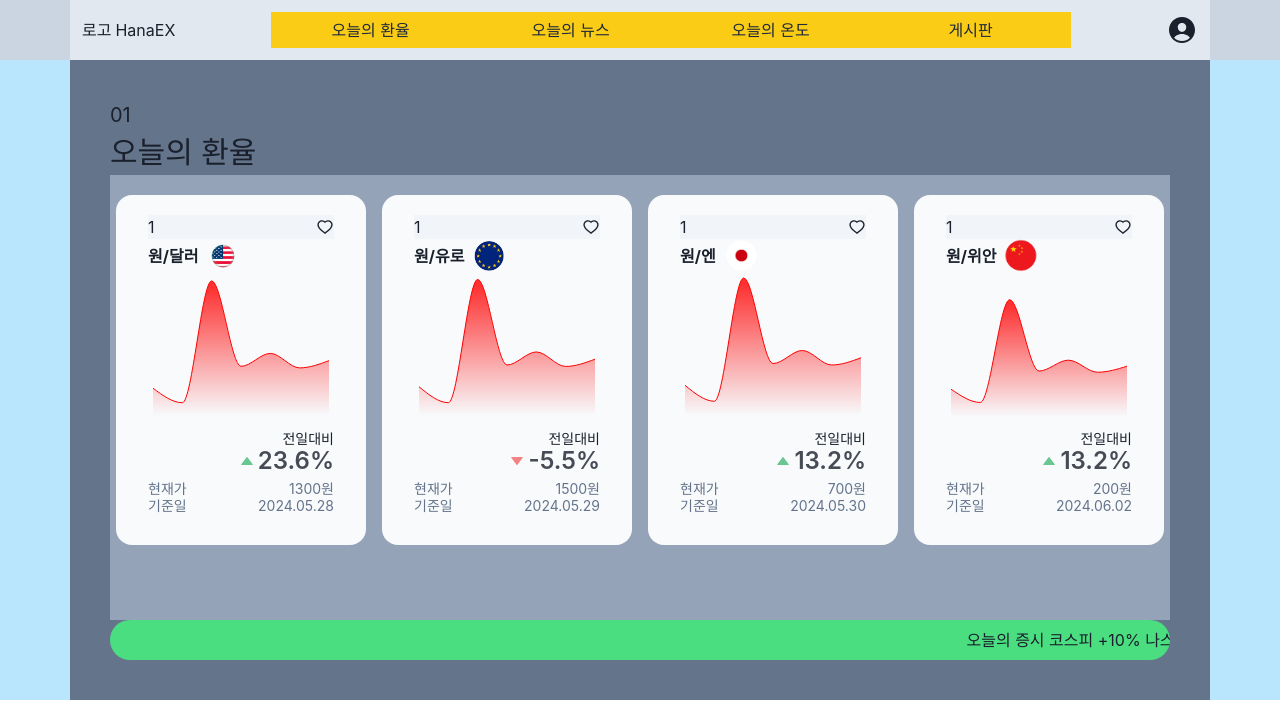
Repository: HANAEX/FRONT
Page: /
These files come from the project's save history. The page is drawn as it stood at one moment and after the next save; the edit follows.
The browser window is 1280 px wide. The pictures show the whole page.
The project was rebuilt for these pictures with package versions that can differ from the ones it lists, and the page was loaded fresh each time. Also part of the build but not shown: src/pages/LoginPage.js, src/pages/MyPage.js, src/components/Toggle.js, src/components/SementicCard.js, src/pages/SemanticPage.js, src/components/NewsCard.js, src/pages/NewsPage.js, src/components/CloudChart.js and 6 more.

Above is the page before, as saved 2024-08-13 19:35:02.

After the next save:
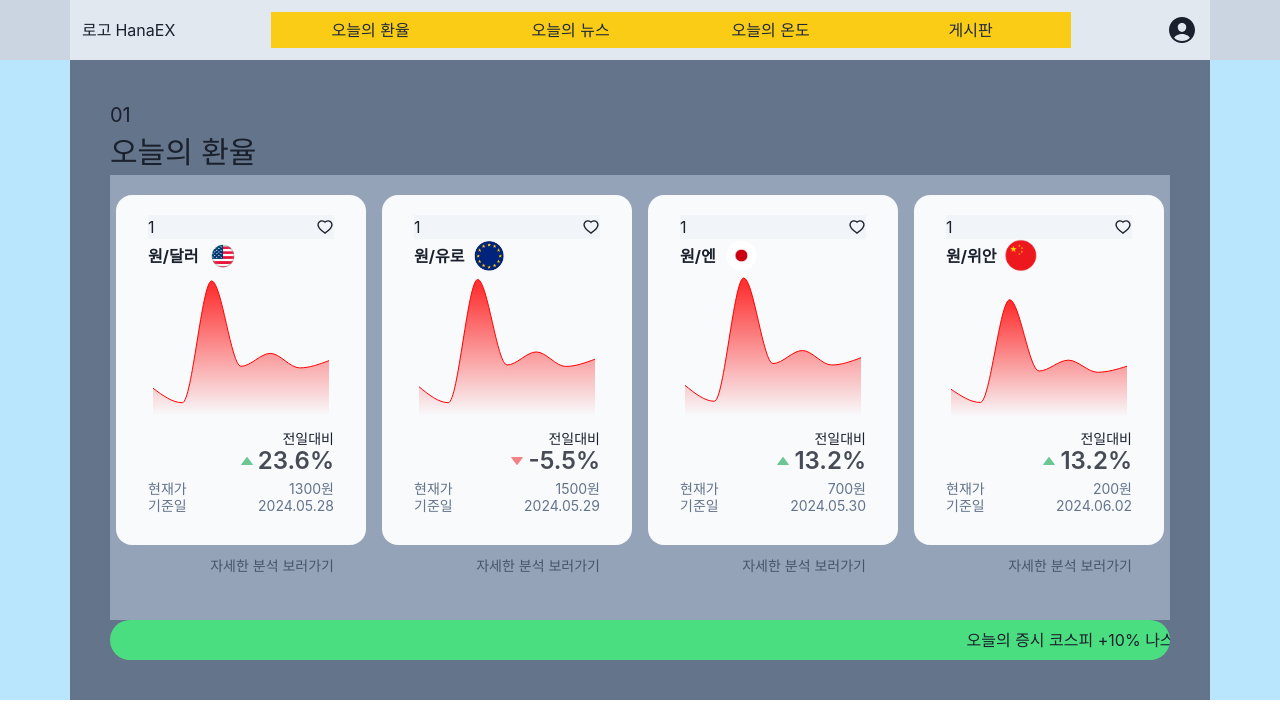
Saved 10 min 6 s later.
--- a/src/components/ChartCard.js
+++ b/src/components/ChartCard.js
@@ -21,7 +21,7 @@ const ChartCard = ({ name, increase, imageUrl, currentPrice, date, chartData })
     setHeart(!heart)
   }
   return (
-    <Link to={"/MainPageDetail"} name="card-container" className='w-[250px] h-[350px] px-8 py-5 bg-slate-50 rounded-2xl'>
+    <div to={"/MainPageDetail"} name="card-container" className='w-[250px] h-[350px] px-8 py-5 bg-slate-50 rounded-2xl'>
       {/* card 상단 */}
       <div name="card-top" className='bg-slate-100 py-0 flex justify-between items-center'>
         <Text>1</Text>
@@ -74,7 +74,8 @@ const ChartCard = ({ name, increase, imageUrl, currentPrice, date, chartData })
         <Text fontSize='sm' lineHeight={1.2} className='text-slate-500'>기준일</Text>
         <Text fontSize='sm' lineHeight={1.2} className='text-slate-500'>{date}</Text>
       </div>
-    </Link>
+      <Text fontSize={'sm'} className='flex justify-end text-slate-600 py-10'>자세한 분석 보러가기</Text>
+    </div>
   )
 }
 
